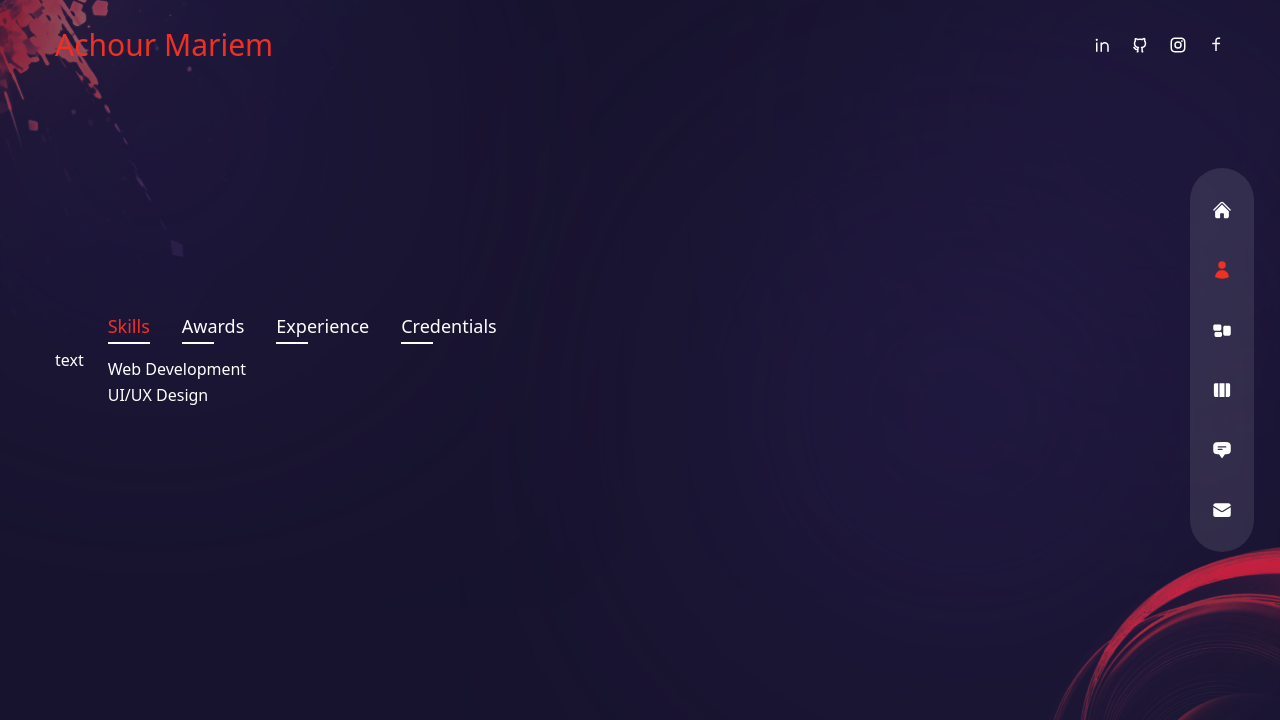
Repository: AchourMaryem/My-personal-portfolio
Page: /about
These files come from the project's save history. The page is drawn as it stood at one moment and after the next save; the edit follows.
The browser window is 1280 px wide. The pictures show the whole page.
The project was rebuilt for these pictures with package versions that can differ from the ones it lists, and the page was loaded fresh each time. The framework's server and built-in components were replaced by stand-ins that run in the browser. Also part of the build but not shown: next.config.js.

Above is the page before, as saved 2023-09-22 02:03:09.

### pages/_app.js
import '../styles/globals.css';
import Layout from '../components/Layout';
import Transition from '../components/Transition';
import { useRouter } from 'next/router';
import { AnimatePresence, motion } from 'framer-motion';

function MyApp({ Component, pageProps }) {
  const router = useRouter();
  return(
  <Layout>
    <AnimatePresence mode='wait'>
      <motion.div key={router.route} className='h-full'>
        <Transition />
        <Component {...pageProps} />
      </motion.div>
  </AnimatePresence>
  </Layout>
  );
}

export default MyApp;

### pages/about/index.js
import React, { useState } from 'react';

// icons
import {
  FaHtml5,
  FaCss3,
  FaJs,
  FaReact,
  FaWordpress,
  FaFigma,
} from "react-icons/fa";

import {
  SiNextdotjs,
  SiFramer,
  SiAdobexd,
  SiAdobephotoshop,
} from "react-icons/si";


//  data
export const aboutData = [
  {
    title: 'skills',
    info: [
      {
        title: 'Web Development',
        icons: [
          <FaHtml5 />,
          <FaCss3 />,
          <FaJs />,
          <FaReact />,
          <SiNextdotjs />,
          <SiFramer />,
          <FaWordpress />,
        ],
      },
      {
        title: 'UI/UX Design',
        icons: [<FaFigma />, <SiAdobexd />, <SiAdobephotoshop />],
      },
    ],
  },
  {
    title: 'awards',
    info: [
      {
        title: 'Webby Awards - Honoree',
        stage: '2011 - 2012',
      },
      {
        title: 'Adobe Design Achievement Awards - Finalist',
        stage: '2009 - 2010',
      },
    ],
  },
  {
    title: 'experience',
    info: [
      {
        title: 'UX/UI Designer - XYZ Company',
        stage: '2012 - 2023',
      },
      {
        title: 'Web Developer - ABC Agency',
        stage: '2010 - 2012',
      },
      {
        title: 'Intern - DEF Corporation',
        stage: '2008 - 2010',
      },
    ],
  },
  {
    title: 'credentials',
    info: [
      {
        title: 'Web Development - ABC University, LA, CA',
        stage: '2011',
      },
      {
        title: 'Computer Science Diploma - AV Technical Institute',
        stage: '2009',
      },
      {
        title: 'Certified Graphic Designer - ABC Institute, Los Angeles, CA',
        stage: '2006',
      },
    ],
  },
];

import Avatar from '../../components/Avatar';
import Circles from '../../components/Circles';
import {motion} from 'framer-motion';
import {fadeIn} from '../../variants';

const About = () => {
  const [index,setIndex] = useState(0);
  return (
  <div className='h-full bg-primary/30 py-32 text-center xl:text-left'>
    <Circles />
    <motion.div
     variants={fadeIn('right',0.2)}
      initial="hidden"
      animate="show"
      exit="hidden"
      className='hidden xl:flex absolute bottom-0 -left-[370px]'>
<Avatar />
    </motion.div>
    <div className='container mx-auto h-full flex felx-col items-center xl:flex-row gap-x-6'>
      <div className=''>text</div>
      <div>
        <div className='flex gap-x-4 xl:gap-x-8 mx-auto xl:mx-0 mb-4'>
          {aboutData.map((item, itemIndex)=>{
            return (
              <div
              key={itemIndex}
              className={`${index === itemIndex && 'text-accent after:w-[100%] after:bg-accent after:transition-all after:duration-300'} cursor-pointer capitalize xl:text-lg relative after:w-8 after:h-[2px] after:bg-white after:absolute after:-bottom-1 after:left-0`}
           onClick={()=> setIndex(itemIndex)}
           >
              {item.title}
            </div>
            );
          })}
        </div>
        <div>
  {aboutData[index].info.map((item, itemIndex) => {
    return (
      <div key={itemIndex}>
        <div>{item.title}</div>
      </div>
    );
  })}
</div>

      </div>
    </div>
  </div>
  );
};

export default About;

### styles/globals.css
@tailwind base;
@tailwind components;
@tailwind utilities;

.translate-z-0 {
  transform: translateZ(0px);
}
.swiper-horizontal > .swiper-pagination-bullets .swiper-pagination-bullet,
.swiper-pagination-horizontal.swiper-pagination-bullets
  .swiper-pagination-bullet {
  background-color: #f13024;
}

.swiper-button-next:after,
.swiper-button-prev:after,
.swiper-button-next:after,
.swiper-rtl .swiper-button-prev:after {
  color: #f13024;
}

@layer base {
  body {
    @apply bg-secondary overflow-hidden leading-relaxed;
  }
  .page {
    @apply w-full h-screen overflow-hidden;
  }
  .h1 {
    @apply text-[35px] leading-tight md:text-[60px] md:leading-[1.3] mb-8 font-semibold;
  }
  .h2 {
    @apply text-[35px] leading-tight md:text-[54px] md:leading-[1.3] mb-4 font-semibold;
  }
  p {
    @apply leading-[1.8] text-white/60 font-light;
  }
  .btn,
  .input {
    @apply h-[52px];
  }
  .input {
    @apply w-full h-[52px] rounded-lg pl-6 capitalize;
  }
  .input,
  .textarea {
    @apply bg-transparent outline-none focus:ring-1 focus:ring-accent border border-white/20 placeholder:text-white/30 placeholder:font-light;
  }
  .textarea {
    @apply w-full h-[180px] p-6 capitalize rounded-lg resize-none;
  }
  .scrollable-content {
    /* Modifier la couleur de la barre de défilement en gris */
    scrollbar-width: thin;
    scrollbar-color: gray gray; /* Couleur de la barre de défilement et du track (fond) */
  }

  .scrollable-content::-webkit-scrollbar {
    width: 6px; /* Largeur de la barre de défilement */
  }

  .scrollable-content::-webkit-scrollbar-thumb {
    background-color: gray; /* Couleur de la barre de défilement */
  }

}

### components/Layout.js
import {Sora} from '@next/font/google'


const sora = Sora({
  subsets:['latin'],
  variable:'--font-sora',
  weight:['100','200','300','400','500','600','700','800'],
});
import Nav from '../components/Nav'
import Header from '../components/Header'
import TopLeftImg from '../components/TopLeftImg'

const Layout = ({children}) => {
  return <div className={'page bg-site text-white bg-cover bg-no-repeat ${sora.variable} font-sora relative '}>
   <TopLeftImg />
    <Nav />
    <Header />
    {children}
  </div>;
};

export default Layout;

### components/Transition.js
import {motion} from 'framer-motion';

const transitionVariants = {
  initial: {
    x: '100%',
    width: '100%',
  },
  animate: {
    x: '0%',
    width: '0%',
  },
  exit: {
    x: ['0%', '100%'],
    width: ['0%', '100%'],
  },
};

const Transition = () => {
  return (
    <>
      <motion.div
        className='fixed top-0 bottom-0 right-full w-screen h-screen z-30 bg-[#2e2257]'
        variants={transitionVariants}
        initial='initial'
        animate='animate'
        exit='exit'
        transition={{ delay: 0.2, duration: 0.6, ease: 'easeInOut' }}
      >
      </motion.div>
      <motion.div
        className='fixed top-0 bottom-0 right-full w-screen h-screen z-20 bg-[#3b2d71]'
        variants={transitionVariants}
        initial='initial'
        animate='animate'
        exit='exit'
        transition={{ delay: 0.4, duration: 0.6, ease: 'easeInOut' }}
      >
      </motion.div>
      <motion.div
        className='fixed top-0 bottom-0 right-full w-screen h-screen z-10 bg-[#4b3792]'
        variants={transitionVariants}
        initial='initial'
        animate='animate'
        exit='exit'
        transition={{ delay: 0.6, duration: 0.6, ease: 'easeInOut' }}
      >
      </motion.div>
    </>
  );
};

export default Transition;

### components/Avatar.js
import Image from 'next/image';

const Avatar = () => {
  return (
  <div className='hidden xl:flex xl:max-w-none'>
<Image
src={'/imagee.png'}
width={737}
height={678}
 alt=""
className='translate-z-0 w-full h-full'/>
  </div>
);
};

export default Avatar;

### components/Circles.js
import Image from 'next/image';

const Circles = () => {
  return (
  <div className='w-[200px] xl:w-[300px] absolute -right-16 -bottom-2 mix-blend-color-dodge animate-pulse duration-75 z-10'>
    <Image src={'/circles.png'}
     width={260}
     height={200}
      className='w-full h-full'
    alt="" />
  </div>);
};

export default Circles;

### components/Nav.js
// icons
import {
  HiHome,
  HiUser,
  HiViewColumns,
  HiRectangleGroup,
  HiChatBubbleBottomCenterText,
  HiEnvelope,
} from 'react-icons/hi2';

// nav data
export const navData = [
  { name: 'home', path: '/', icon: <HiHome /> },
  { name: 'about', path: '/about', icon: <HiUser /> },
  { name: 'services', path: '/services', icon: <HiRectangleGroup /> },
  { name: 'work', path: '/work', icon: <HiViewColumns /> },
  {
    name: 'testimonials',
    path: '/testimonials',
    icon: <HiChatBubbleBottomCenterText />,
  },
  {
    name: 'contact',
    path: '/contact',
    icon: <HiEnvelope />,
  },
];
import Link from 'next/link';
import { useRouter } from 'next/router';
const Nav = () => {
  const router = useRouter();
  const pathname = router.pathname;
  return (
    <nav className='flex flex-col items-center xl:justify-center gap-y-4 fixed h-max bottom-0 mt-auto xl:right-[2%] z-50 top-0 w-full xl:w-16 xl:max-w-md xl:h-screen' >
      {/*inner*/}
      <div className='flex w-full xl:flex-col items-center justify-between xl:justify-center gap-y-10 px-4 md:px-40 xl:px-0 h-[80px] xl:h-max py-8 bg-white/10 backdrop-blur-sm text-3xl xl:text-xl xl:rounded-full '>
        {navData.map((link, index) => {
         return(
          <Link
          className={`${link.path === pathname && 'text-accent'} relative flex items-center group hover:text-accent transition-all duration-300`}
          href={link.path}
          key={index}
          >

          {/* tooltip */}
          <div className='absolute pr-14 right-0 hidden xl:group-hover:flex'>
          <div className='bg-white relative flex text-primary itemscenter p-[6px] rounded-[3px]'>
          <div className='text-[12px] leading-none font-semibold capitalize'>
            {link.name}
            </div>
         {/* triangle */}
         <div className='border-solid border-l-white border-l-8 border-y-transparent border-y-[6px] border-r-0 absolute -right-2'></div>

          </div>
          </div>
         <div> {link.icon}</div>

        </Link>
        );
})}
      </div>
    </nav>
  );
};

export default Nav;

### components/Header.js
import Image from "next/image";
import Link from "next/link";
import { useRouter } from 'next/router';

import Socials from '../components/Socials';
const Header = () => {
  const router = useRouter();

  return (
    <header className="absolute z-30 w-full flex items-center px-16 xl:px-0 xl:h-[90px]">
      <div className="container mx-auto">
        <div className="flex flex-col lg:flex-row justify-between items-center py-8">
          {router.pathname === '/' ? (
            <Link href="/"></Link>
          ) : (
         <Link href="/" className="text-3xl text-accent "  >Achour Mariem</Link>
          )}
            <Socials>Socials</Socials>
        </div>
          </div>
    </header>

  );
};

export default Header;

### components/TopLeftImg.js
import Image from "next/image";
const TopLeftImg = () => {
  return <div className="absolute left-0 top-0 mix-blend-color-dodge z-10 w-[200px] xl:w-[400px] opacity-50">
    <Image src='/top-left-img.png' width={400} height={400}  alt=""/>
  </div>;
};

export default TopLeftImg;

### components/Socials.js
import Link from "next/link";
import {
  RiLinkedinLine,
  RiGithubLine,
  RiInstagramLine,
  RiFacebookLine} from 'react-icons/ri'
const Socials = () => {
  return (
  <div className="flex items-center gap-x-5 text-lg">
    <Link href={'https://www.linkedin.com/in/mariem-achour-915469235/'} target="_blank" rel="noopener noreferrer" className="hover:text-accent transition-all duration-300">
      <RiLinkedinLine />
    </Link>
    <Link href={'https://github.com/AchourMaryem?tab=repositories'} target="_blank" rel="noopener noreferrer" className="hover:text-accent transition-all duration-300">
      <RiGithubLine />
    </Link>
    <Link href={'https://www.instagram.com/maryem_achouur/'} className="hover:text-accent transition-all duration-300"target="_blank" rel="noopener noreferrer">
      <RiInstagramLine />
    </Link>
    <Link href={'https://www.facebook.com/profile.php?id=100070889742279'} className="hover:text-accent transition-all duration-300" target="_blank" rel="noopener noreferrer">
      <RiFacebookLine />
    </Link>
  </div>
  );
};

export default Socials;

Loaded but not shown: variants.js (common file); tailwind.config.js (common file)

After the next save:
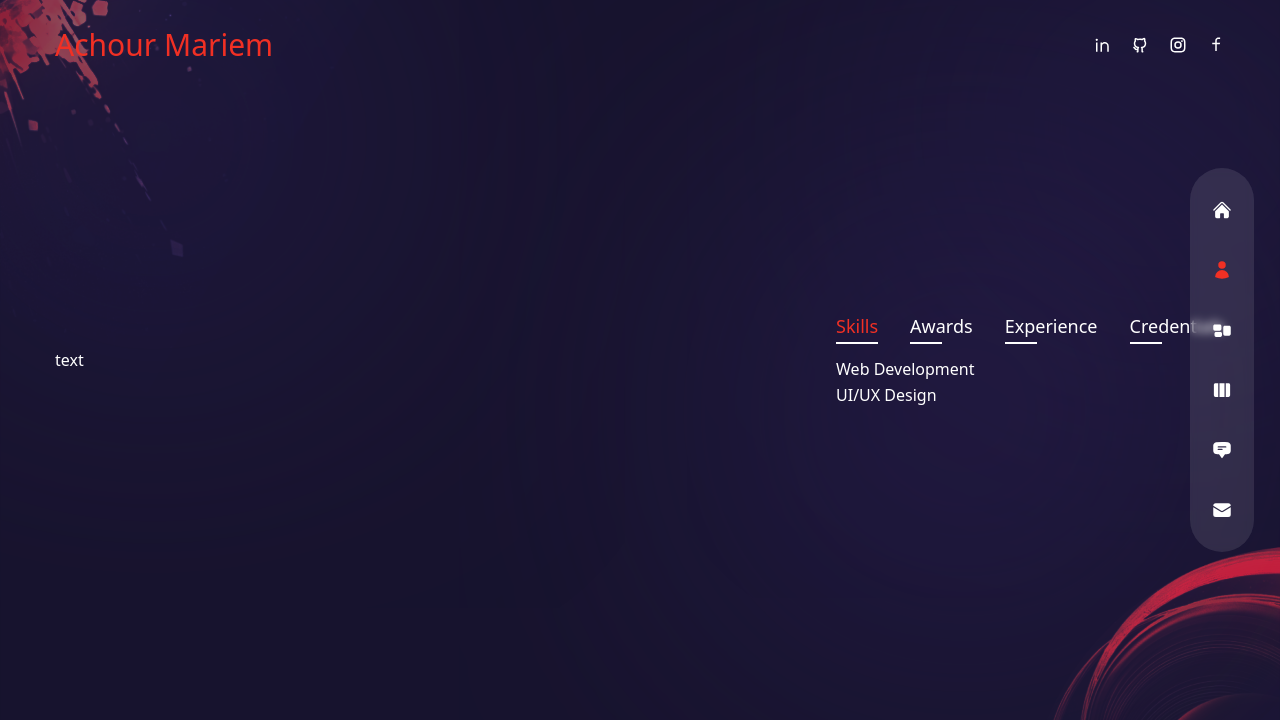
Saved 7 s later.
--- a/pages/about/index.js
+++ b/pages/about/index.js
@@ -109,7 +109,7 @@ const About = () => {
 <Avatar />
     </motion.div>
     <div className='container mx-auto h-full flex felx-col items-center xl:flex-row gap-x-6'>
-      <div className=''>text</div>
+      <div className='flex-1 flex'>text</div>
       <div>
         <div className='flex gap-x-4 xl:gap-x-8 mx-auto xl:mx-0 mb-4'>
           {aboutData.map((item, itemIndex)=>{
